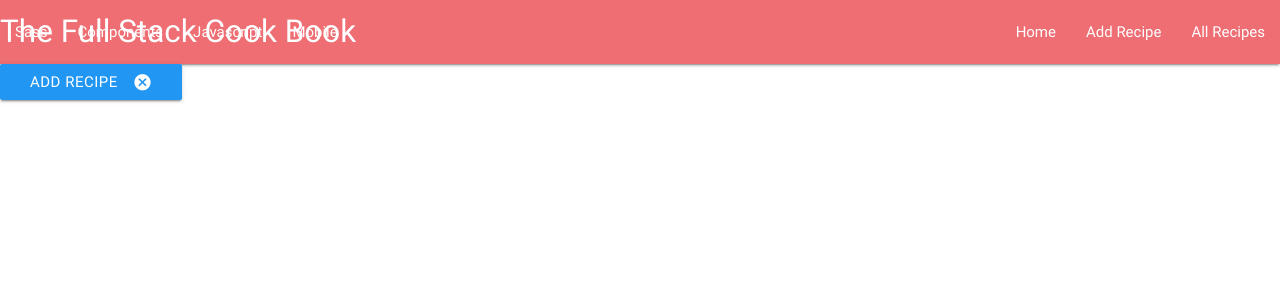
Repository: nakitamccool/francisillingworth-milestone-project-3
Page: http://localhost/index
The author's editor kept a record of every edit. The page is drawn from the files as they stood at one moment, then again after the next edit.
The browser window is 1280 px wide. The pictures show the whole page.
The page is served by the project's application, run on Flask 3 (app.py).

Above is the page before.

### templates/index.html
{% extends 'base.html' %} {% block content %}
</div>


    <div class="split left">
    <a href="{{ url_for('get_recipes') }}" class="waves-effect waves-light btn green">
                <i class="material-icons right">cancel</i>Find a Recipe
            </a>
    </div>
    <div class= "sl">
    <a href="{{ url_for('add_recipe') }}" class="waves-effect waves-light btn blue">
                <i class="material-icons right">cancel</i>Add Recipe
            </a>
    </div>




<div class = "container">
{% endblock %}

### templates/base.html
<!DOCTYPE html>
<html lang="en">
<head>
    <link href="https://fonts.googleapis.com/icon?family=Material+Icons"
      rel="stylesheet">
    <link rel="stylesheet"  href="https://cdnjs.cloudflare.com/ajax/libs/materialize/0.100.2/css/materialize.min.css">
    <link rel="stylesheet" href="{{url_for('static' , filename = "css/style.css")}}" type="text/css" />

</head>
<body>
  <header>
    <nav>
    <div class="nav-wrapper">
      <a href="#" class="brand-logo">The Full Stack Cook Book</a>
      <ul id="nav-mobile" class="right hide-on-med-and-down">
        <li><a href="index.html">Home</a></li>
        <li><a href="{{ url_for('add_recipe') }}">Add Recipe</a></li>
        <li><a href="{{ url_for('get_recipes') }}">All Recipes</a></li>
      </ul>
      <ul class="sidenav" id="mobile-demo">
    <li><a href="sass.html">Sass</a></li>
    <li><a href="badges.html">Components</a></li>
    <li><a href="collapsible.html">Javascript</a></li>
    <li><a href="mobile.html">Mobile</a></li>
  </ul>
    </div>
  </nav>



  </header>
    <div class="container">
    {% block content %}
    {% endblock %}
    </div>
    <script src="https://cdnjs.cloudflare.com/ajax/libs/jquery/3.4.1/jquery.min.js" integrity="sha256-CSXorXvZcTkaix6Yvo6HppcZGetbYMGWSFlBw8HfCJo=" crossorigin="anonymous"></script>
    <script src="https://cdnjs.cloudflare.com/ajax/libs/materialize/0.100.2/js/materialize.min.js"></script>
    <script type="text/javascript">
         $(document).ready(function(){
    $('.collapsible').collapsible();
    $('select').material_select();
  });

    </script>


</body>
</html>

### app.py
import os
from flask import Flask , render_template, redirect, request, url_for
from flask_pymongo import PyMongo
from bson.objectid import ObjectId


db_password = os.environ.get('DB_PASSWORD')

app = Flask(__name__)

app.config["MONGO_DBNAME"] = 'recipe_project'
app.config["MONGO_URI"] = 'mongodb+srv://root:r00tUser@myfirstcluster-aogax.mongodb.net/recipe_project?retryWrites=true&w=majority'

mongo = PyMongo(app)

@app.route('/')



@app.route('/index')
def index():
    return render_template("index.html")


@app.route('/get_recipes')
def get_recipes():
    return render_template("recipes.html", recipes=mongo.db.recipe.find())


@app.route('/add_recipe')
def add_recipe():
    return render_template('addrecipe.html', cuisine=mongo.db.cuisine.find())


@app.route('/insert_recipe', methods=['POST'])
def insert_recipe():
    recipes=mongo.db.recipe
    recipes.insert_one(request.form.to_dict())
    return redirect(url_for('get_recipes'))


@app.route('/edit_recipe/<recipe_id>')
def edit_recipe(recipe_id):
    the_recipe = mongo.db.recipe.find_one({"_id": ObjectId(recipe_id)})
    all_cuisine = mongo.db.cuisine.find()
    return render_template('editrecipe.html', recipe = the_recipe, cuisine=all_cuisine)



@app.route('/update_recipe/<recipe_id>', methods = ["POST"])
def update_recipe(recipe_id):
    recipes = mongo.db.recipe
    recipes.update( {'_id': ObjectId(recipe_id)},
    {
        'recipe_name' : request.form.get('recipe_name'),
        'cuisine_type' : request.form.get('cuisine_type'),
        'author' : request.form.get('author'),
        'ingredients' : request.form.get('ingredients'),
        'method' : request.form.get('method'),
        'cook_time' : request.form.get('cook_time'),
    })
    return redirect(url_for('get_recipes'))

@app.route('/delete_recipe/<recipe_id>')
def delete_recipe(recipe_id):
    mongo.db.recipe.remove({'_id':ObjectId(recipe_id)})
    return redirect(url_for('get_recipes'))





@app.route('/get_cuisines')
def get_cuisines():
    return render_template('cuisines.html', cuisine=mongo.db.cuisine.find())


@app.route('/edit_cuisine/<cuisine_id>')
def edit_cuisine(cuisine_id):
    return render_template('editcuisine.html', cuisine=mongo.db.cuisine.find_one({'_id':ObjectId(cuisine_id)}))


@app.route('/update_cuisine/<cuisine_id>', methods=['POST'])
def update_cuisine(cuisine_id):
    mongo.db.cuisine.update(
        {'_id': ObjectId(cuisine_id)},
        {'cuisine_type': request.form.get('cuisine_type')})
    return redirect(url_for('get_cuisines'))



@app.route('/add_cuisine')
def add_cuisine():
    return render_template('addcuisine.html', cuisine=mongo.db.cuisine.find())


@app.route('/insert_cuisine', methods=['POST'])
def insert_cuisine():
    cuisines=mongo.db.cuisine
    cuisines.insert_one(request.form.to_dict())
    return redirect(url_for('add_recipe'))



@app.route('/delete_cuisine/<cuisine_id>')
def delete_cuisine(cuisine_id):
    mongo.db.cuisine.remove({'_id':ObjectId(cuisine_id)})
    return redirect(url_for('get_cuisines'))



@app.route('/add_cuisine_edit')
def add_cuisine_edit():
    return render_template('addcuisine-edit.html', cuisine=mongo.db.cuisine.find())


@app.route('/insert_cuisine_edit', methods=['POST'])
def insert_cuisine_edit():
    cuisines=mongo.db.cuisine
    cuisines.insert_one(request.form.to_dict())
    return redirect(url_for('get_cuisines'))



@app.route('/find_recipe')
def find_recipe():
    return render_template("findrecipe.html", cuisine=mongo.db.cuisine.find(), authors=mongo.db.recipe.find().distinct('author'))

@app.route('/filter_recipes')
def filter_recipes():
        cuisines=mongo.db.cuisine
        recipes=mongo.db.recipe
        mongo.db.recipe.find({ cuisine_type : "{{cuisine_type}}" })

        return render_template("results.html")





if __name__ == '__main__':
    app.run(host=os.environ.get('IP'),
            port=int(os.environ.get('PORT')),
            debug=True)

### static/css/style.css
.btn_edit{
    height:28px;
    margin: 5px 15px;
    line-height: 28px;
    padding-left: 3px;
    padding-right: 6px;



}

.btn_delete{
    height:28px;
    margin: 5px 15px ;
    line-height: 28px;
    padding-left: 5px;
    padding-right: 5px;
    background-color: #b70808;

}

.collapsible-header i {
 margin:0;}

 .btn_delete:hover {
    background-color: #71231d;
}

.cancel_button{
    margin: 5px 15px;
    padding-left: 3px;
    padding-right: 6px;
    background-color: #b70808

}


 .cancel_button:hover {
    background-color: #71231d;
}


.recipe_header{
    margin-top:5px;
    margin-right: 20px;
}

.deleteEdit{
    margin-left:auto;
    margin-right:0;
}

.add_cuisine{
    margin-top: 0;
    margin-left:5%;
}

.split {
  height: 100%;
  width: 50%;
  position: fixed;
  z-index: -1;
  top: 0;
  overflow-x: hidden;
  padding-top: 20px;
}
.right {
  right: 0;
  border-left-color:black;
  border-left-width:5px;


}

.centered {
  position: absolute;
  top: 50%;
  left: 50%;
  transform: translate(-50%, -50%);
  text-align: center;
}

.findRecipe{
    padding:10px;
    opacity: 1
}

.addRecipe{
    opacity: 1

}
img{
    position: fixed;
    opacity: 0.3;

    z-index: -2




}

.box{
    background-color: #ff8a0017;
    border-radius: 20px;
    padding-left: 20px;
    padding-right: 20px;

}

After the next edit:
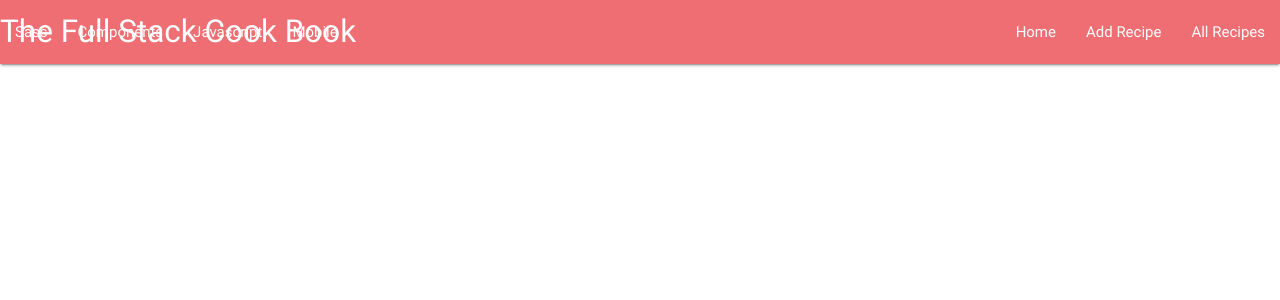
The edit:
--- a/templates/index.html
+++ b/templates/index.html
@@ -7,7 +7,7 @@
                 <i class="material-icons right">cancel</i>Find a Recipe
             </a>
     </div>
-    <div class= "sl">
+    <div class= "split right">
     <a href="{{ url_for('add_recipe') }}" class="waves-effect waves-light btn blue">
                 <i class="material-icons right">cancel</i>Add Recipe
             </a>
